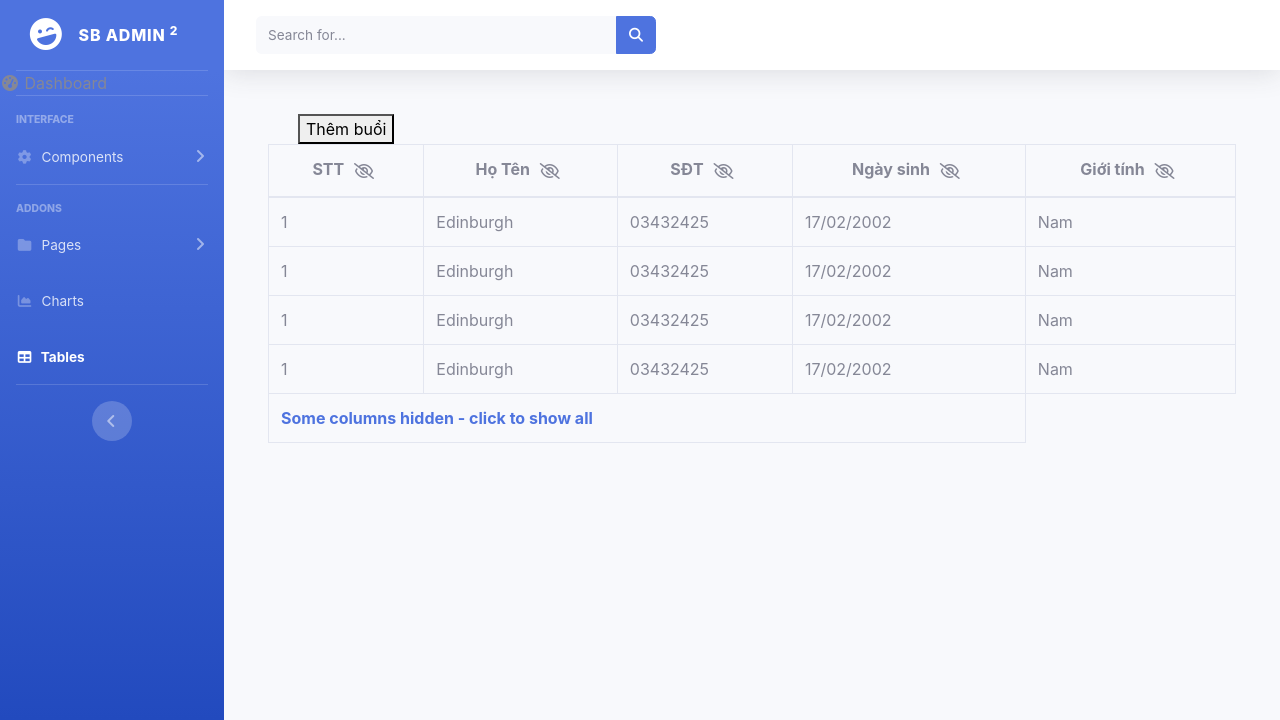
Repository: huyennvo/WebCiTEdu
Page: index.html
These files come from the project's save history. The page is drawn as it stood at one moment and after the next save; the edit follows.
The browser window is 1280 px wide. The pictures show the whole page.
Some web libraries are served in a nearby version.

Above is the page before, as saved 2022-07-30 09:29:13.

After the next save:
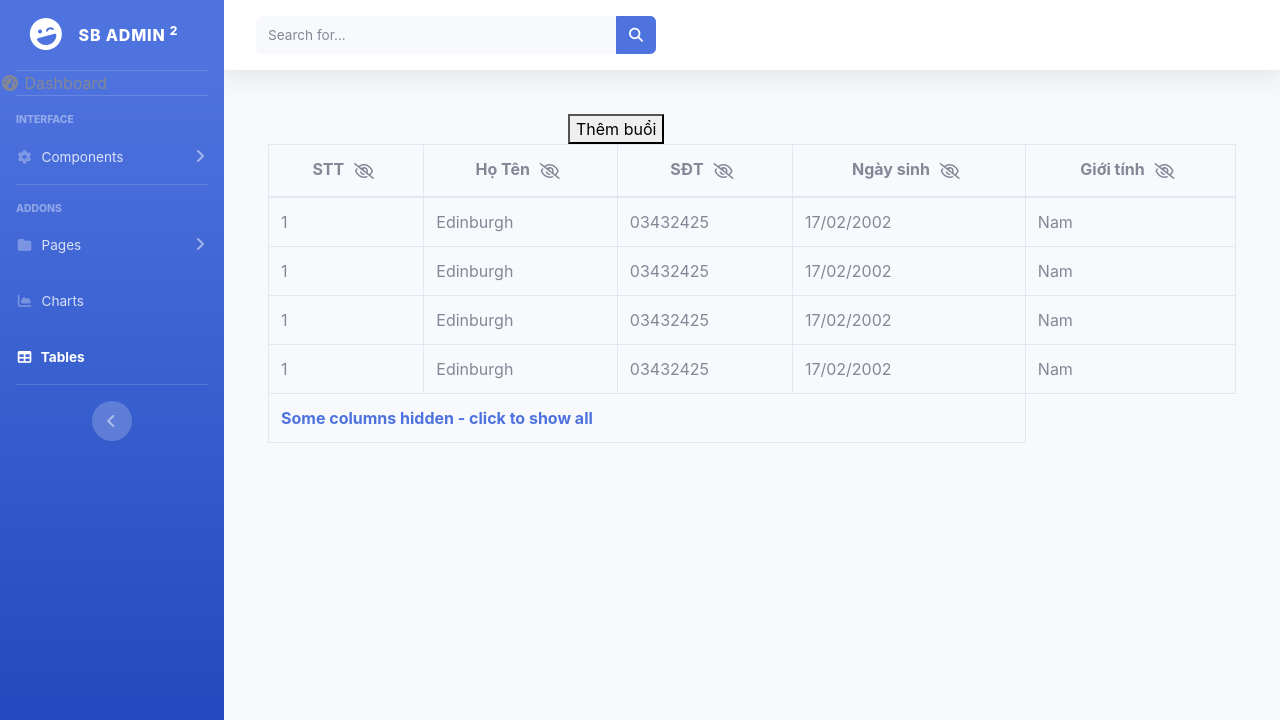
Saved 9 s later.
--- a/index.html
+++ b/index.html
@@ -192,7 +192,7 @@ crossorigin="anonymous"
 
                         <div class="table-responsive">
                             <button style="display: flex; position: relative;
-                            left: 30px;" id="insertCol">Thêm buổi</button>
+                            left: 300px;" id="insertCol">Thêm buổi</button>
                             <table class="table table-bordered" id="dataTable" width="100%" cellspacing="0">
                                 <thead style="text-align: center;">
                                     <tr id="row1">
